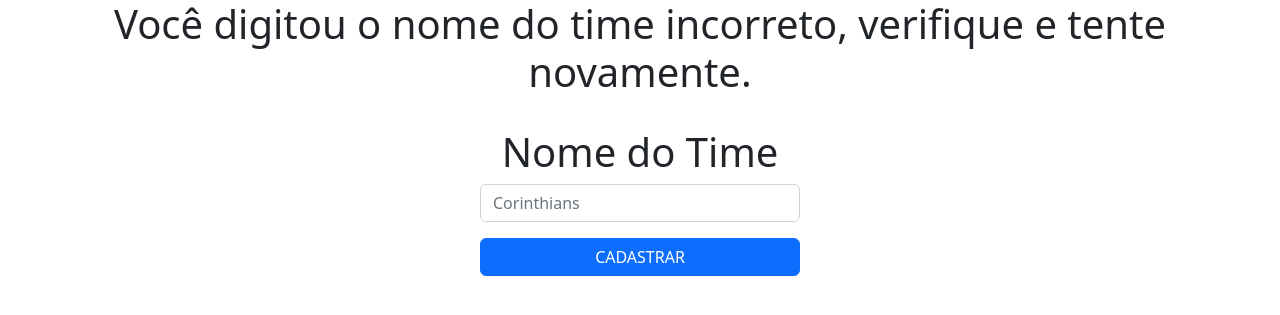
Repository: ricardodamaceno/Coeficiente-de-Variacao-de-Gols
Page: http://localhost/add-erro
The author's editor kept a copy of each file at every save. The page is drawn from the files as they stood at one save, then again after the next save.
The browser window is 1280 px wide. The pictures show the whole page.
The page is this project's Thymeleaf template; nobody is signed in. The template is opened directly, without the code that normally fills it, so the values that code supplies are empty.

Above is the page before, as saved 2022-09-14 14:27:02.

After the next save:
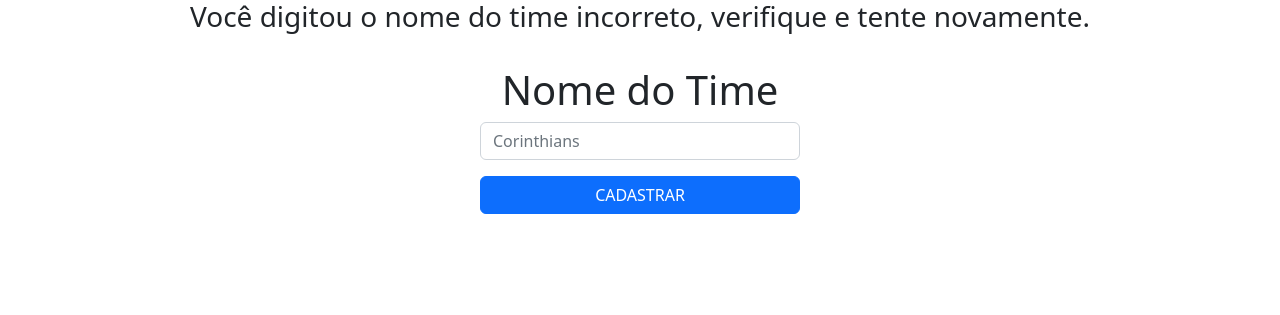
Saved 25 s later.
--- a/aposta-tozo/src/main/resources/templates/add-erro.html
+++ b/aposta-tozo/src/main/resources/templates/add-erro.html
@@ -13,7 +13,7 @@
 </head>
 
 <body>
-<h1 class="mb-3 text-center">Você digitou o nome do time incorreto, verifique e tente novamente.</h1>
+<h3 class="mb-3 text-center">Você digitou o nome do time incorreto, verifique e tente novamente.</h3>
 <div class="col-md-3 rounded mx-auto d-block">
 	<form method="post" action="/add">
 		<div class="mb-3 text-center">
